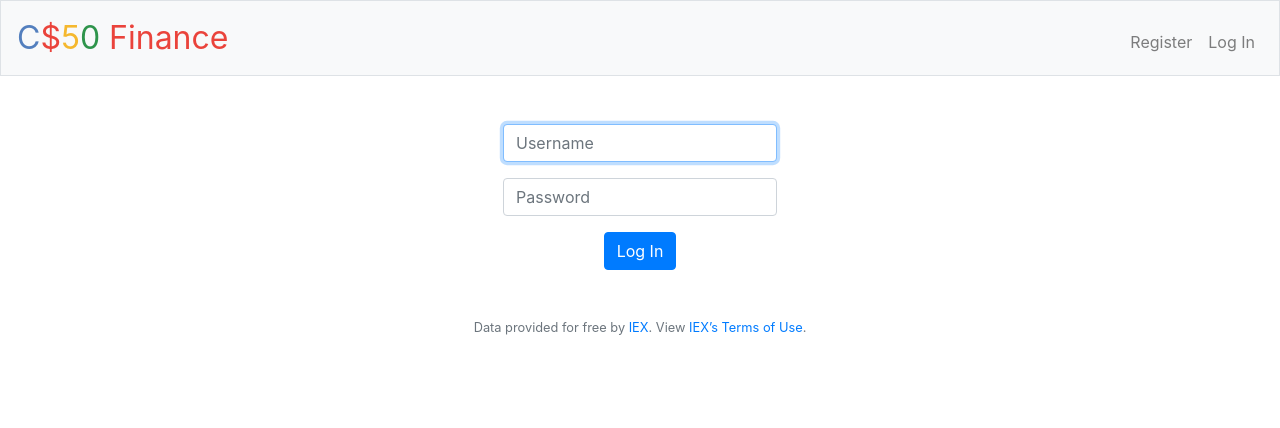
Repository: Ashu-r/finance_cs50
Page: pset8/finance/templates/register.html
The author's editor kept a record of every edit. The page is drawn from the files as they stood at one moment, then again after the next edit.
The browser window is 1280 px wide. The pictures show the whole page.
The template is drawn by Flask 3. The application's start-up code is not run. The template is opened directly, without the code that normally fills it, so the values that code supplies are empty.

Above is the page before.

After the next edit:
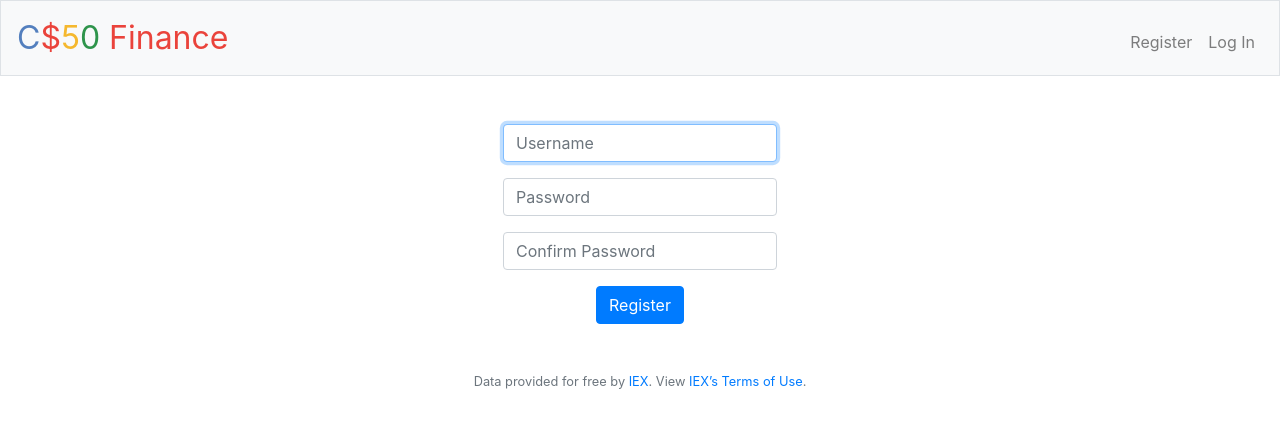
The edit:
--- a/pset8/finance/templates/register.html
+++ b/pset8/finance/templates/register.html
@@ -12,6 +12,9 @@
         <div class="form-group">
             <input class="form-control" name="password" placeholder="Password" type="password">
         </div>
-        <button class="btn btn-primary" type="submit">Log In</button>
+        <div class="form-group">
+            <input class="form-control" name="confirm_password" placeholder="Confirm Password" type="password">
+        </div>
+        <button class="btn btn-primary" type="submit">Register</button>
     </form>
 {% endblock %}
